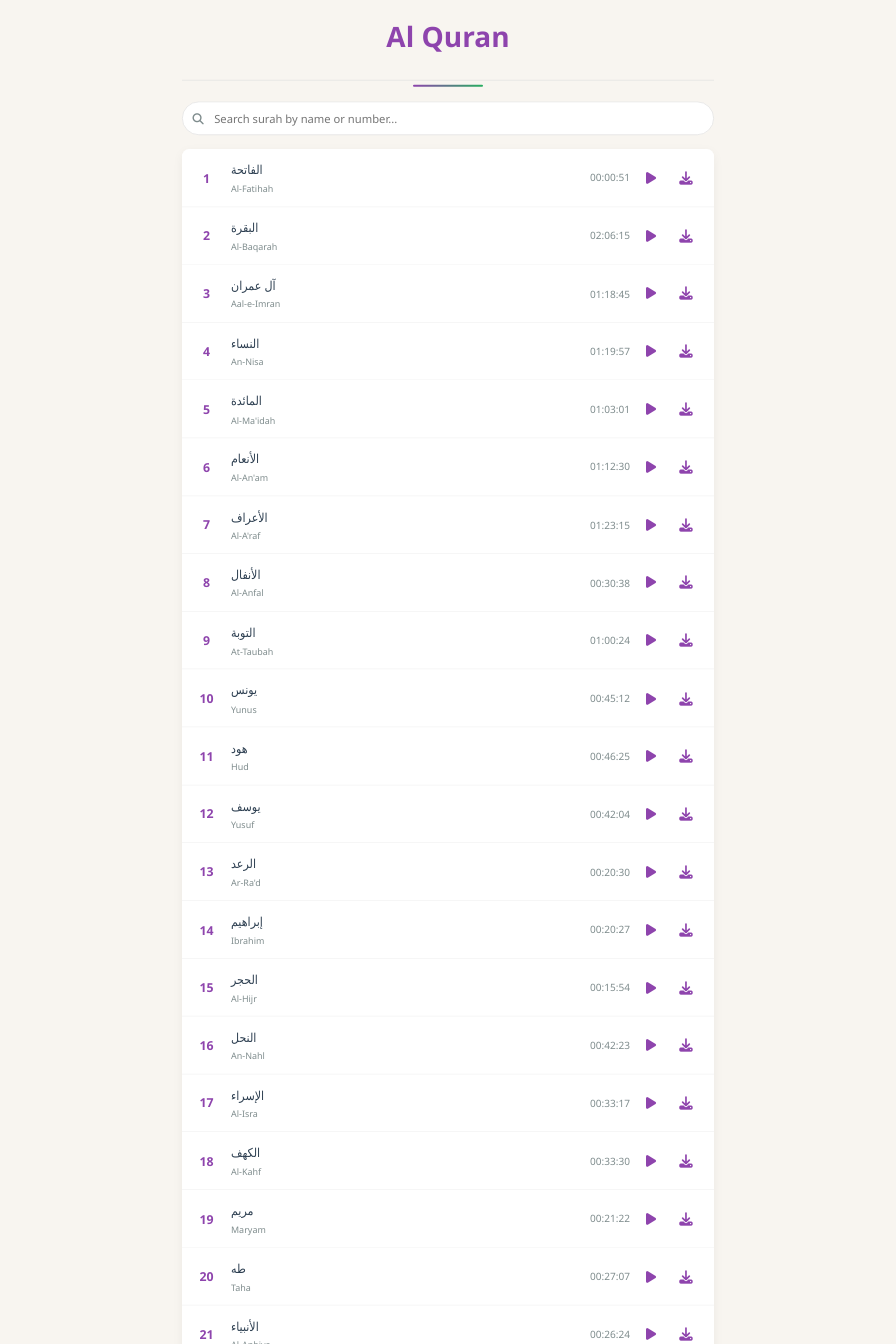
Repository: MohdKaarim/quran
Page: app/src/main/assets/Test.html
These files come from the project's save history. The page is drawn as it stood at one moment and after a run of saves; the edit follows.
The browser window is 1280 px wide. The pictures show the part of the page from y = 0 to 1920 px (the page is 9811 px tall before and 13275 px after), at 70% of full size.

Above is the page before, as saved 2025-07-07 23:11:51.

After the next 3 saves:
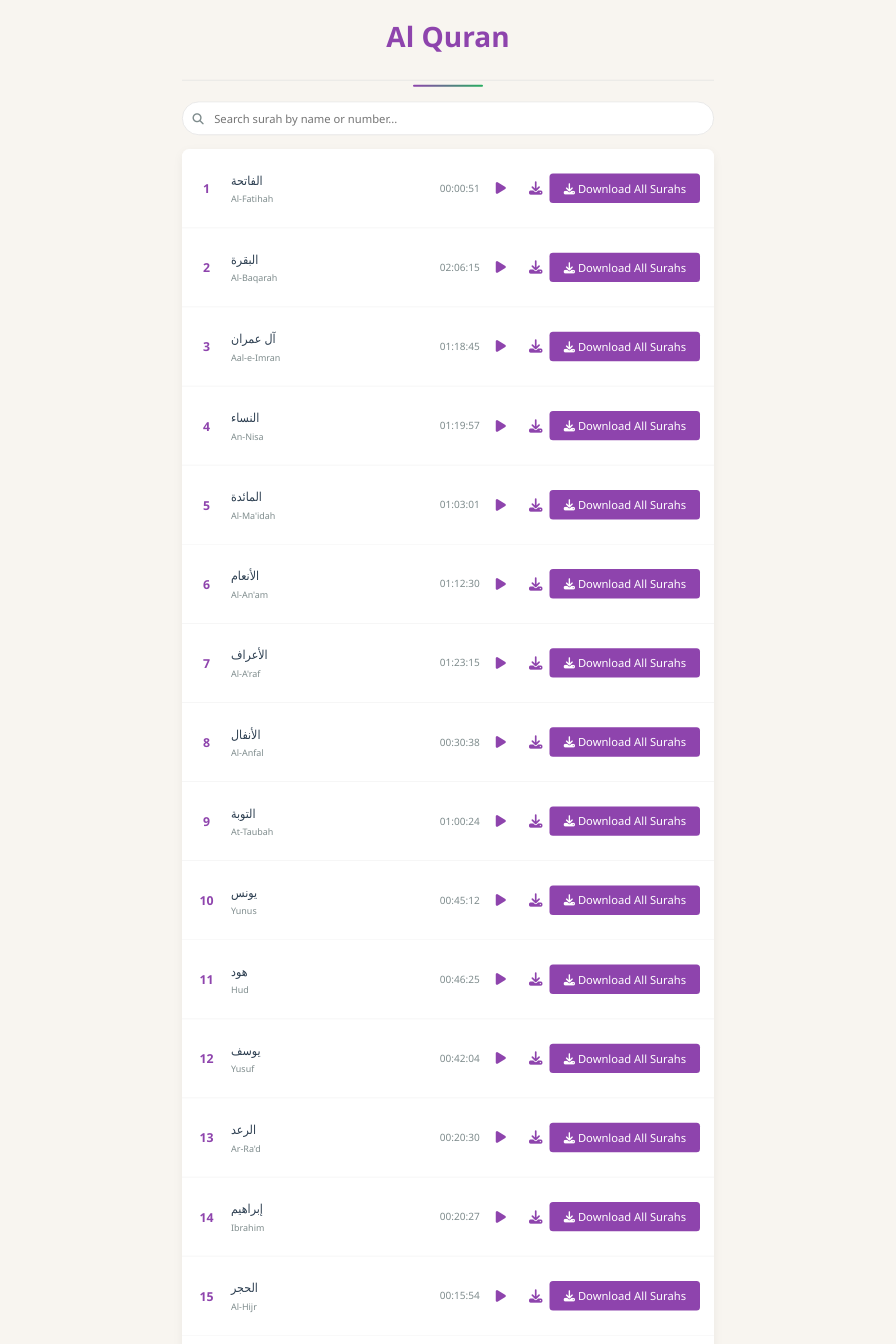
The 3 saves are shown as one change because they came seconds apart.
The last was saved 9 s later.
--- a/app/src/main/assets/Test.html
+++ b/app/src/main/assets/Test.html
@@ -204,7 +204,6 @@
         <label for="search-input"></label><input type="text" id="search-input" placeholder="Search surah by name or number...">
   </div>
 
-  <div></div>
   <div class="surah-list" id="surah-list">
         <div class="no-results" id="no-results">
             <i class="fas fa-search" style="font-size: 2rem; margin-bottom: 10px;"></i>
@@ -818,7 +817,9 @@
           <button class="download-btn" style="margin-left: 10px;" onclick="event.stopPropagation(); window.location.href='1xcjTc3G9W4QavZXG6Cv-R_u_vcYVq8Xh?';">
         <i class="fas fa-download"></i>
         </button>
-
+        <button onclick="downloadAll()" style="display:block; margin: 20px auto; padding: 10px 20px; font-size: 16px; background-color:#8e44ad; color:white; border:none; border-radius:5px;">
+        <i class="fas fa-download"></i> Download All Surahs
+        </button>
 
         `;
         surahListElement.appendChild(surahItem);
@@ -844,7 +845,6 @@ document.getElementById('search-input').addEventListener('input', function () {
 
     renderSurahList(filteredSurahs);
 });
-
 function downloadAll() {
     AndroidBridge.downloadAllSurahs();
 }
